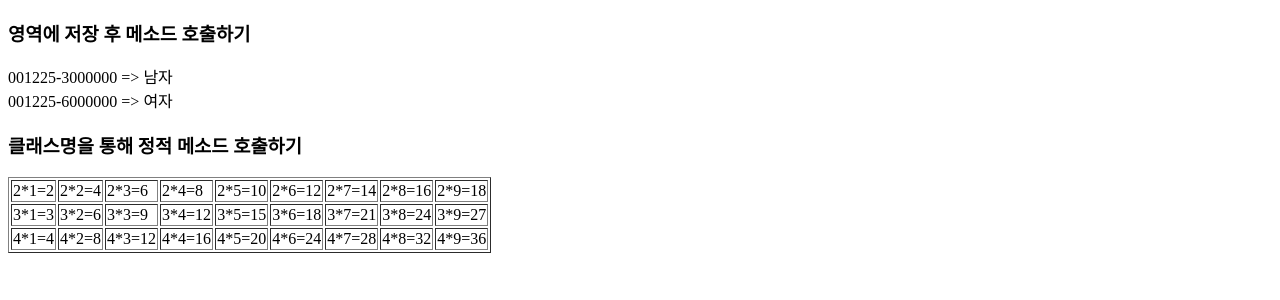
Repository: jjunyuongv/JSP_Servlet
Page: http://localhost/MustHHaveJSP/10EL/ELCallMethod.jsp
These files come from the project's save history. The page is drawn as it stood at one moment and after the next save; the edit follows.
The browser window is 1280 px wide. The pictures show the whole page.
The page is served by Tomcat 10.

Above is the page before, as saved 2025-05-12 06:31:57.

After the next save:
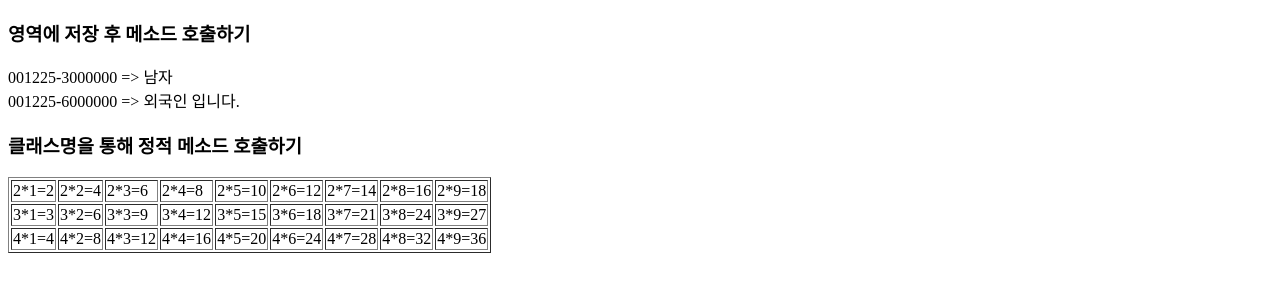
Saved 24 s later.
--- a/MustHHaveJSP/src/main/webapp/10EL/ELCallMethod.jsp
+++ b/MustHHaveJSP/src/main/webapp/10EL/ELCallMethod.jsp
@@ -14,7 +14,7 @@ pageContext.setAttribute("myClass", myClass);
 	<body>
 		<h3>영역에 저장 후 메소드 호출하기</h3>
 		001225-3000000 => ${ myClass.getGender("001225-3000000") } <br />
-		001225-6000000 => ${ myClass.getGender("001225-2000000") }
+		001225-6000000 => ${ myClass.getGender("001225-6000000") }
 
 		<h3>클래스명을 통해 정적 메소드 호출하기</h3>
 		${ MyELClass.showGugudan(4) }
